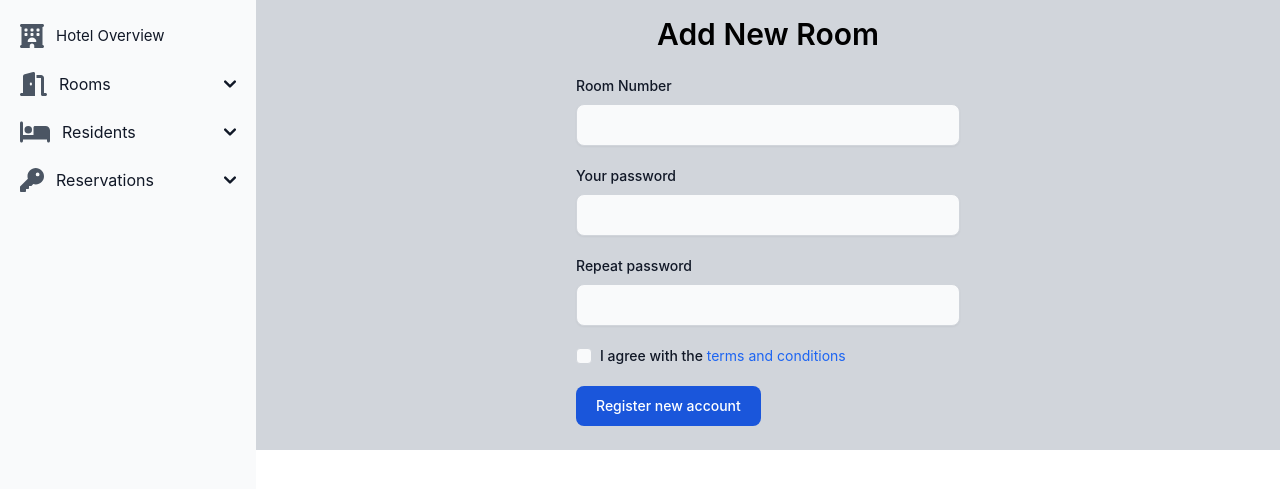
Repository: aggepap/hotelReservationsProj
Page: /rooms/add (app in admin-panel/)
These files come from the project's save history. The page is drawn as it stood at one moment and after the next save; the edit follows.
The browser window is 1280 px wide. The pictures show the whole page.
The project was rebuilt for these pictures with package versions that can differ from the ones it lists, and the page was loaded fresh each time. Also part of the build but not shown: admin-panel/vite.config.ts, admin-panel/src/views/HomeView.vue.

Above is the page before, as saved 2025-01-19 15:53:48.

### admin-panel/index.html
<!DOCTYPE html>
<html lang="">
  <head>
    <meta charset="UTF-8" />
    <link rel="icon" href="/favicon.ico" />
    <meta name="viewport" content="width=device-width, initial-scale=1.0" />
    <title>Vite App</title>
  </head>
  <body>
    <div id="app"></div>
    <script type="module" src="/src/main.ts"></script>
  </body>
</html>

### admin-panel/src/main.ts
import "./assets/main.css";
import "primeicons/primeicons.css";
import "flowbite";

import { createApp } from "vue";
import App from "./App.vue";
import router from "./router";

const app = createApp(App);

app.use(router);

app.mount("#app");

### admin-panel/src/assets/main.css
@import "./base.css";
@tailwind base;
@tailwind components;
@tailwind utilities;

### admin-panel/src/App.vue
<script setup lang="ts">
import { RouterLink, RouterView } from "vue-router";
import { FontAwesomeIcon } from "@fortawesome/vue-fontawesome";
import { faDoorOpen } from "@fortawesome/free-solid-svg-icons";
import { faHotel } from "@fortawesome/free-solid-svg-icons";
import { faBed } from "@fortawesome/free-solid-svg-icons";
import { faKey } from "@fortawesome/free-solid-svg-icons";
</script>

<template>
  <button
    data-drawer-target="sidebar-multi-level-sidebar"
    data-drawer-toggle="sidebar-multi-level-sidebar"
    aria-controls="sidebar-multi-level-sidebar"
    type="button"
    class="inline-flex items-center p-2 mt-2 ms-3 text-sm text-gray-500 rounded-lg sm:hidden hover:bg-gray-100 focus:outline-none focus:ring-2 focus:ring-gray-200 dark:text-gray-400 dark:hover:bg-gray-700 dark:focus:ring-gray-600"
  >
    <span class="sr-only">Open sidebar</span>
    <svg
      class="w-6 h-6"
      aria-hidden="true"
      fill="currentColor"
      viewBox="0 0 20 20"
      xmlns="http://www.w3.org/2000/svg"
    >
      <path
        clip-rule="evenodd"
        fill-rule="evenodd"
        d="M2 4.75A.75.75 0 012.75 4h14.5a.75.75 0 010 1.5H2.75A.75.75 0 012 4.75zm0 10.5a.75.75 0 01.75-.75h7.5a.75.75 0 010 1.5h-7.5a.75.75 0 01-.75-.75zM2 10a.75.75 0 01.75-.75h14.5a.75.75 0 010 1.5H2.75A.75.75 0 012 10z"
      ></path>
    </svg>
  </button>
  <section class="flex flex-row justify-between items-center">
    <aside
      id="sidebar-multi-level-sidebar"
      class="fixed top-0 left-0 z-40 w-64 h-screen transition-transform -translate-x-full sm:translate-x-0"
      aria-label="Sidebar"
    >
      <div class="h-full px-3 py-4 overflow-y-auto bg-gray-50 dark:bg-gray-800">
        <ul class="space-y-2 font-medium">
          <li>
            <a
              href="#"
              class="flex items-center p-2 text-gray-900 rounded-lg dark:text-white hover:bg-gray-100 dark:hover:bg-gray-700 group"
            >
              <FontAwesomeIcon class="text-gray-600 text-2xl" :icon="faHotel" />
              <span class="ms-3">Hotel Overview</span>
            </a>
          </li>
          <li>
            <button
              type="button"
              class="flex items-center w-full p-2 text-base text-gray-900 transition duration-75 rounded-lg group hover:bg-gray-100 dark:text-white dark:hover:bg-gray-700"
              aria-controls="dropdown-rooms"
              data-collapse-toggle="dropdown-rooms"
            >
              <FontAwesomeIcon
                class="text-gray-600 text-2xl"
                :icon="faDoorOpen"
              />

              <span
                class="flex-1 ms-3 text-left rtl:text-right whitespace-nowrap"
                >Rooms</span
              >
              <svg
                class="w-3 h-3"
                aria-hidden="true"
                xmlns="http://www.w3.org/2000/svg"
                fill="none"
                viewBox="0 0 10 6"
              >
                <path
                  stroke="currentColor"
                  stroke-linecap="round"
                  stroke-linejoin="round"
                  stroke-width="2"
                  d="m1 1 4 4 4-4"
                />
              </svg>
            </button>
            <ul id="dropdown-rooms" class="hidden py-2 space-y-2">
              <li>
                <RouterLink
                  to="/rooms/add"
                  class="flex justify-start gap-2 items-start w-full p-2 text-gray-900 transition duration-75 rounded-lg pl-11 group hover:bg-gray-100 dark:text-white dark:hover:bg-gray-700"
                >
                  <i class="pi pi-plus pt-1"></i> Add new Room</RouterLink
                >
              </li>
            </ul>
          </li>
          <li>
            <button
              type="button"
              class="flex items-center w-full p-2 text-base text-gray-900 transition duration-75 rounded-lg group hover:bg-gray-100 dark:text-white dark:hover:bg-gray-700"
              aria-controls="dropdown-residents"
              data-collapse-toggle="dropdown-residents"
            >
              <FontAwesomeIcon class="text-gray-600 text-2xl" :icon="faBed" />

              <span
                class="flex-1 ms-3 text-left rtl:text-right whitespace-nowrap"
                >Residents</span
              >
              <svg
                class="w-3 h-3"
                aria-hidden="true"
                xmlns="http://www.w3.org/2000/svg"
                fill="none"
                viewBox="0 0 10 6"
              >
                <path
                  stroke="currentColor"
                  stroke-linecap="round"
                  stroke-linejoin="round"
                  stroke-width="2"
                  d="m1 1 4 4 4-4"
                />
              </svg>
            </button>
            <ul id="dropdown-residents" class="hidden py-2 space-y-2">
              <li>
                <a
                  href="#"
                  class="flex justify-start gap-2 items-start w-full p-2 text-gray-900 transition duration-75 rounded-lg pl-11 group hover:bg-gray-100 dark:text-white dark:hover:bg-gray-700"
                >
                  <i class="pi pi-plus pt-1"></i> Add a Resident</a
                >
              </li>
            </ul>
          </li>
          <li>
            <button
              type="button"
              class="flex items-center w-full p-2 text-base text-gray-900 transition duration-75 rounded-lg group hover:bg-gray-100 dark:text-white dark:hover:bg-gray-700"
              aria-controls="dropdown-reservations"
              data-collapse-toggle="dropdown-reservations"
            >
              <FontAwesomeIcon class="text-gray-600 text-2xl" :icon="faKey" />

              <span
                class="flex-1 ms-3 text-left rtl:text-right whitespace-nowrap"
                >Reservations</span
              >
              <svg
                class="w-3 h-3"
                aria-hidden="true"
                xmlns="http://www.w3.org/2000/svg"
                fill="none"
                viewBox="0 0 10 6"
              >
                <path
                  stroke="currentColor"
                  stroke-linecap="round"
                  stroke-linejoin="round"
                  stroke-width="2"
                  d="m1 1 4 4 4-4"
                />
              </svg>
            </button>
            <ul id="dropdown-reservations" class="hidden py-2 space-y-2">
              <li>
                <a
                  href="#"
                  class="flex justify-start gap-2 items-start w-full p-2 text-gray-900 transition duration-75 rounded-lg pl-11 group hover:bg-gray-100 dark:text-white dark:hover:bg-gray-700"
                >
                  <i class="pi pi-plus pt-1"></i> Add a Reservation</a
                >
              </li>
            </ul>
          </li>
        </ul>
      </div>
    </aside>

    <main class="flex items-start h-screen w-full pl-64">
      <div class="mx-auto w-full md:p-6 bg-gray-300 pt-12">
        <RouterView />
      </div>
    </main>
  </section>
</template>

### admin-panel/src/router/index.ts
import { createRouter, createWebHistory } from "vue-router";
import HomeView from "../views/HomeView.vue";
import AddRoomView from "@/views/roomviews/AddRoomView.vue";

const router = createRouter({
  history: createWebHistory(import.meta.env.BASE_URL),
  routes: [
    {
      path: "/",
      name: "home",
      component: HomeView,
    },
    {
      path: "/rooms/add",
      name: "addRoom",
      component: AddRoomView,
    },
    {
      path: "/about",
      name: "about",
      // route level code-splitting
      // this generates a separate chunk (About.[hash].js) for this route
      // which is lazy-loaded when the route is visited.
      component: () => import("../views/AboutView.vue"),
    },
  ],
});

export default router;

### admin-panel/src/views/roomviews/AddRoomView.vue
<script setup></script>

<template>
  <h2 class="text-black text-3xl text-center leading-5 font-semibold mb-8">
    Add New Room
  </h2>
  <form class="max-w-sm mx-auto">
    <div class="mb-5">
      <label
        for="newRoomNumber"
        class="block mb-2 text-sm font-medium text-gray-900 dark:text-white"
        >Room Number</label
      >
      <input
        type="number"
        id="newRoomNumber"
        class="shadow-sm bg-gray-50 border border-gray-300 text-gray-900 text-sm rounded-lg focus:ring-blue-500 focus:border-blue-500 block w-full p-2.5 dark:bg-gray-700 dark:border-gray-600 dark:placeholder-gray-400 dark:text-white dark:focus:ring-blue-500 dark:focus:border-blue-500 dark:shadow-sm-light"
        min="1"
        required
      />
    </div>
    <div class="mb-5">
      <label
        for="password"
        class="block mb-2 text-sm font-medium text-gray-900 dark:text-white"
        >Your password</label
      >
      <input
        type="password"
        id="password"
        class="shadow-sm bg-gray-50 border border-gray-300 text-gray-900 text-sm rounded-lg focus:ring-blue-500 focus:border-blue-500 block w-full p-2.5 dark:bg-gray-700 dark:border-gray-600 dark:placeholder-gray-400 dark:text-white dark:focus:ring-blue-500 dark:focus:border-blue-500 dark:shadow-sm-light"
        required
      />
    </div>
    <div class="mb-5">
      <label
        for="repeat-password"
        class="block mb-2 text-sm font-medium text-gray-900 dark:text-white"
        >Repeat password</label
      >
      <input
        type="password"
        id="repeat-password"
        class="shadow-sm bg-gray-50 border border-gray-300 text-gray-900 text-sm rounded-lg focus:ring-blue-500 focus:border-blue-500 block w-full p-2.5 dark:bg-gray-700 dark:border-gray-600 dark:placeholder-gray-400 dark:text-white dark:focus:ring-blue-500 dark:focus:border-blue-500 dark:shadow-sm-light"
        required
      />
    </div>
    <div class="flex items-start mb-5">
      <div class="flex items-center h-5">
        <input
          id="terms"
          type="checkbox"
          value=""
          class="w-4 h-4 border border-gray-300 rounded bg-gray-50 focus:ring-3 focus:ring-blue-300 dark:bg-gray-700 dark:border-gray-600 dark:focus:ring-blue-600 dark:ring-offset-gray-800 dark:focus:ring-offset-gray-800"
          required
        />
      </div>
      <label
        for="terms"
        class="ms-2 text-sm font-medium text-gray-900 dark:text-gray-300"
        >I agree with the
        <a href="#" class="text-blue-600 hover:underline dark:text-blue-500"
          >terms and conditions</a
        ></label
      >
    </div>
    <button
      type="submit"
      class="text-white bg-blue-700 hover:bg-blue-800 focus:ring-4 focus:outline-none focus:ring-blue-300 font-medium rounded-lg text-sm px-5 py-2.5 text-center dark:bg-blue-600 dark:hover:bg-blue-700 dark:focus:ring-blue-800"
    >
      Register new account
    </button>
  </form>
</template>

### admin-panel/tailwind.config.js
/** @type {import('tailwindcss').Config} */
export default {
  content: [
    "./index.html",
    "./src/**/*.{vue,js,ts,jsx,tsx}",
    "./node_modules/flowbite/**/*.js",
  ],
  theme: {
    extend: {},
  },
  plugins: [require("flowbite/plugin")],
};

Loaded but not shown: admin-panel/src/assets/base.css (common file)

After the next save:
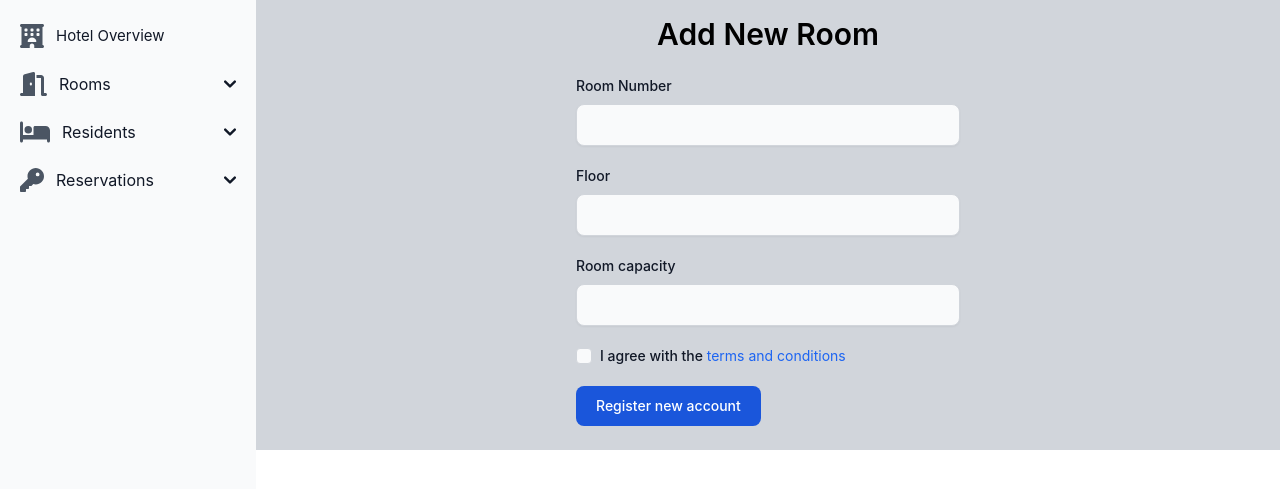
Saved 85 s later.
--- a/admin-panel/src/views/roomviews/AddRoomView.vue
+++ b/admin-panel/src/views/roomviews/AddRoomView.vue
@@ -21,13 +21,13 @@
     </div>
     <div class="mb-5">
       <label
-        for="password"
+        for="floorNumber"
         class="block mb-2 text-sm font-medium text-gray-900 dark:text-white"
-        >Your password</label
+        >Floor</label
       >
       <input
-        type="password"
-        id="password"
+        type="number"
+        id="floorNumber"
         class="shadow-sm bg-gray-50 border border-gray-300 text-gray-900 text-sm rounded-lg focus:ring-blue-500 focus:border-blue-500 block w-full p-2.5 dark:bg-gray-700 dark:border-gray-600 dark:placeholder-gray-400 dark:text-white dark:focus:ring-blue-500 dark:focus:border-blue-500 dark:shadow-sm-light"
         required
       />
@@ -36,11 +36,11 @@
       <label
         for="repeat-password"
         class="block mb-2 text-sm font-medium text-gray-900 dark:text-white"
-        >Repeat password</label
+        >Room capacity</label
       >
       <input
         type="password"
-        id="repeat-password"
+        id="roomCapacity"
         class="shadow-sm bg-gray-50 border border-gray-300 text-gray-900 text-sm rounded-lg focus:ring-blue-500 focus:border-blue-500 block w-full p-2.5 dark:bg-gray-700 dark:border-gray-600 dark:placeholder-gray-400 dark:text-white dark:focus:ring-blue-500 dark:focus:border-blue-500 dark:shadow-sm-light"
         required
       />
